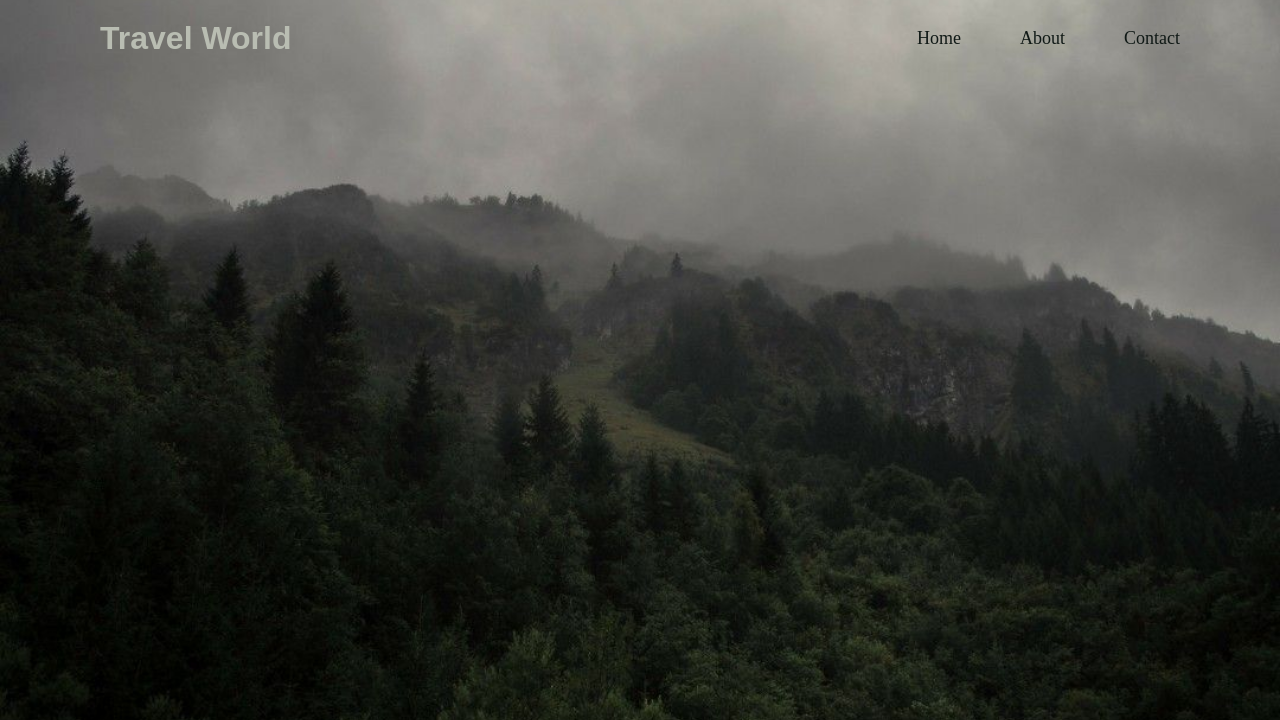
Repository: Haakim19/TravelWorld
Page: html/index.html
These files come from the project's save history. The page is drawn as it stood at one moment and after the next save; the edit follows.
The browser window is 1280 px wide. The pictures show the whole page.

Above is the page before, as saved 2024-10-30 23:57:35.

After the next save:
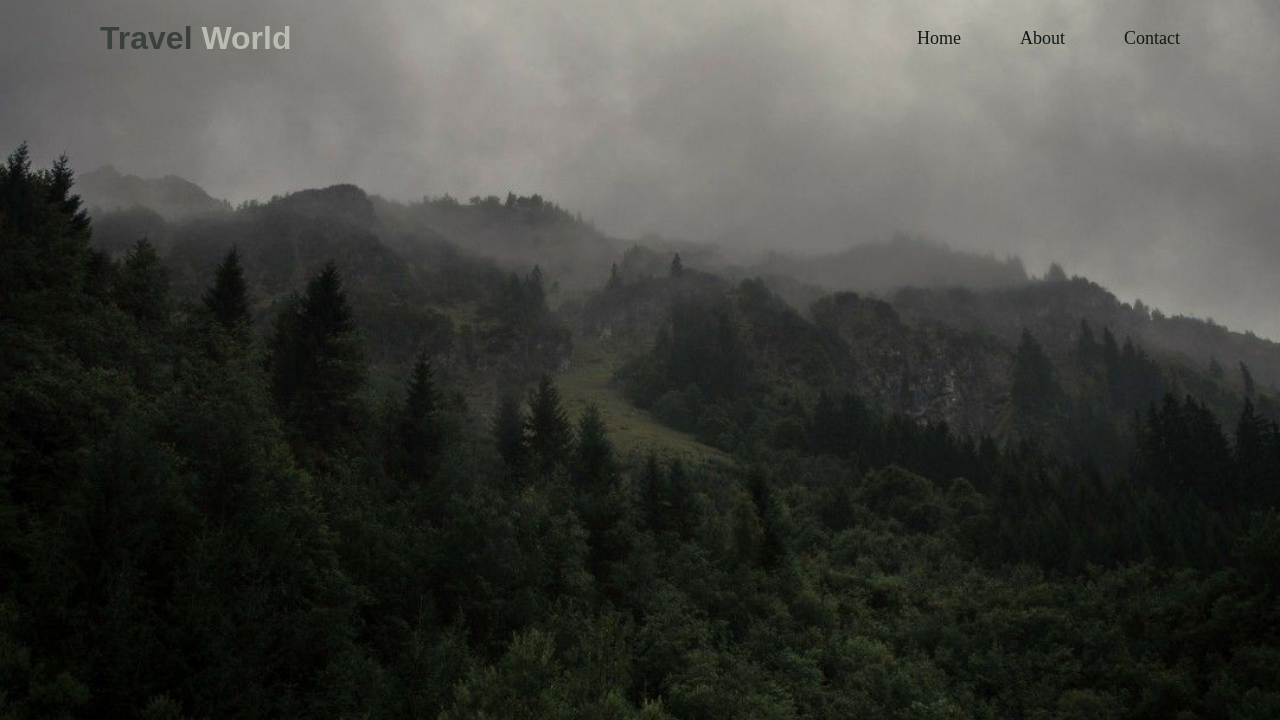
Saved 75 s later.
--- a/css/main.css
+++ b/css/main.css
@@ -37,19 +37,25 @@ body{
     color: var(--color2);
     text-decoration: none;
     font-weight: 700;
-    animation: animation 2s infinite;
+    animation: animation1 2s infinite;
 }
 .name span{
     color: var(--color1);
-    animation: animation 2S infinite;
+    animation: animation2 2S infinite;
 }
-@keyframes animation{
+@keyframes animation1{
     From{
         color: var(--color5);
+    }
+    To{
+        color: var(--color1);
+    }
+}
+@keyframes animation2{
+    From{
         color: var(--color1);
     }
     To{
-        color: var(--color1);
         color: var(--color5);
     }
 }
